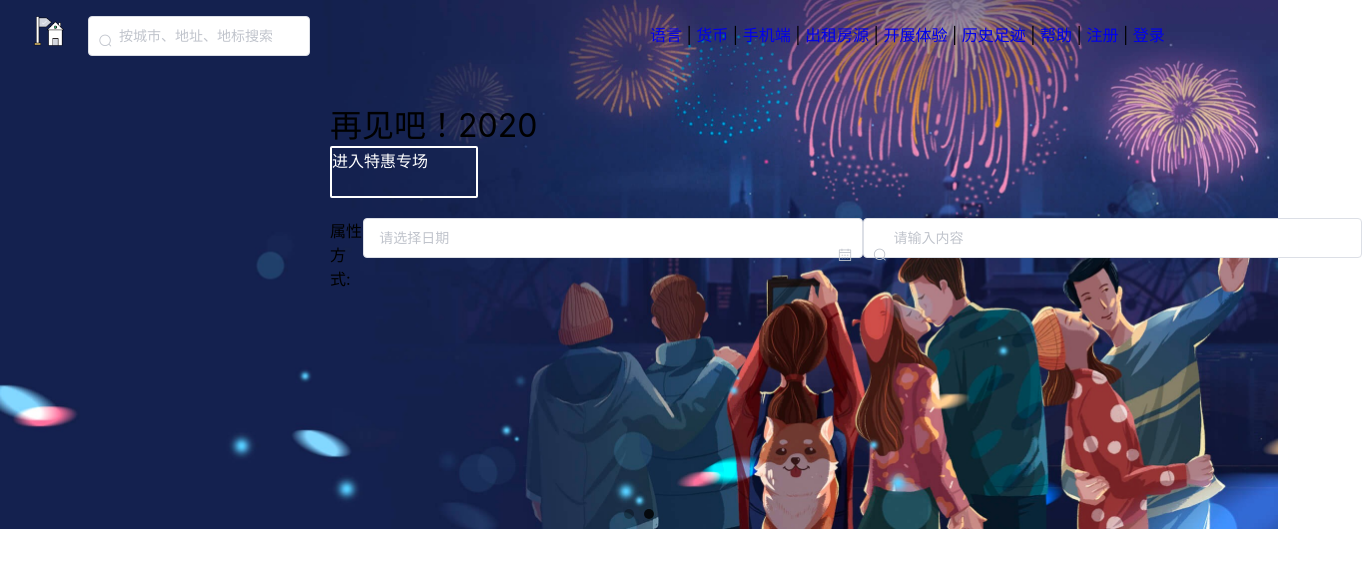
Repository: yz1181214391/my-airbnb
Page: /
The author's editor kept a copy of each file at every save. The page is drawn from the files as they stood at one save, then again after a run of saves.
The browser window is 1280 px wide. The page is 1362 px wide, so the pictures cover 1362 px, including what lies to the right of the window. The pictures show the whole page.
The project was rebuilt for these pictures with package versions that can differ from the ones it lists, and the page was loaded fresh each time. Also part of the build but not shown: src/views/Language.vue, src/views/Currency.vue, src/views/Enter.vue, src/views/Experience.vue, src/views/Help.vue, src/views/History.vue, src/views/Mobile.vue, src/views/Register.vue and 1 more.

Above is the page before, as saved 2020-12-09 16:47:55.

After the next 2 saves:
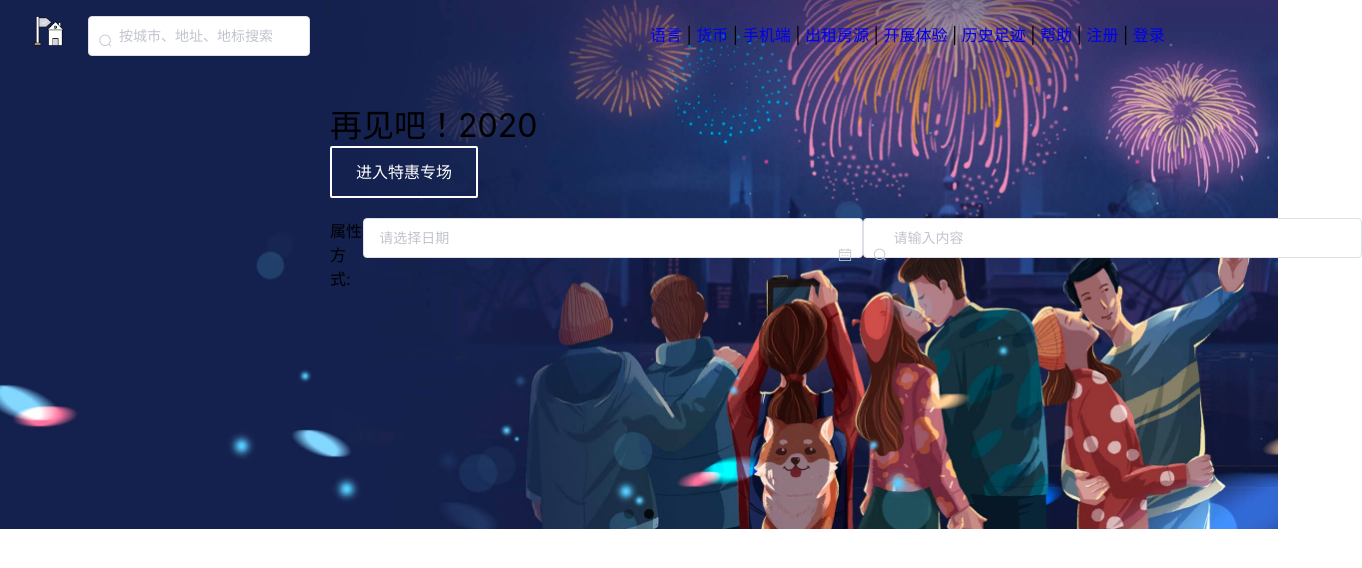
The 2 saves are shown as one change because 1 did not build or start.
The last was saved 4 min 36 s later.
--- a/src/components/Header.vue
+++ b/src/components/Header.vue
@@ -25,7 +25,7 @@
         <el-col :span="6" :offset="6">
           <div class="grid-content bg-purple">
             <h1 style="font-size:32px">再见吧！2020</h1>
-            <div style="width:144px;height:48px;border:2px solid #ffff;border-radius:2px;color:#fff">进入特惠专场</div>
+            <div class="preferential-btn">进入特惠专场</div>
           </div>
         </el-col>
         <el-col :span="6" :offset="6"><div class="grid-content bg-purple"></div></el-col>
@@ -121,4 +121,13 @@ export default {
   height: 30px;
   margin: 0 24px;
 }
+.preferential-btn{
+  width:144px;
+  height:48px;
+  border:2px solid #ffff;
+  border-radius:2px;
+  text-align: center;
+  line-height: 48px;
+  color:#fff;
+}
 </style>
